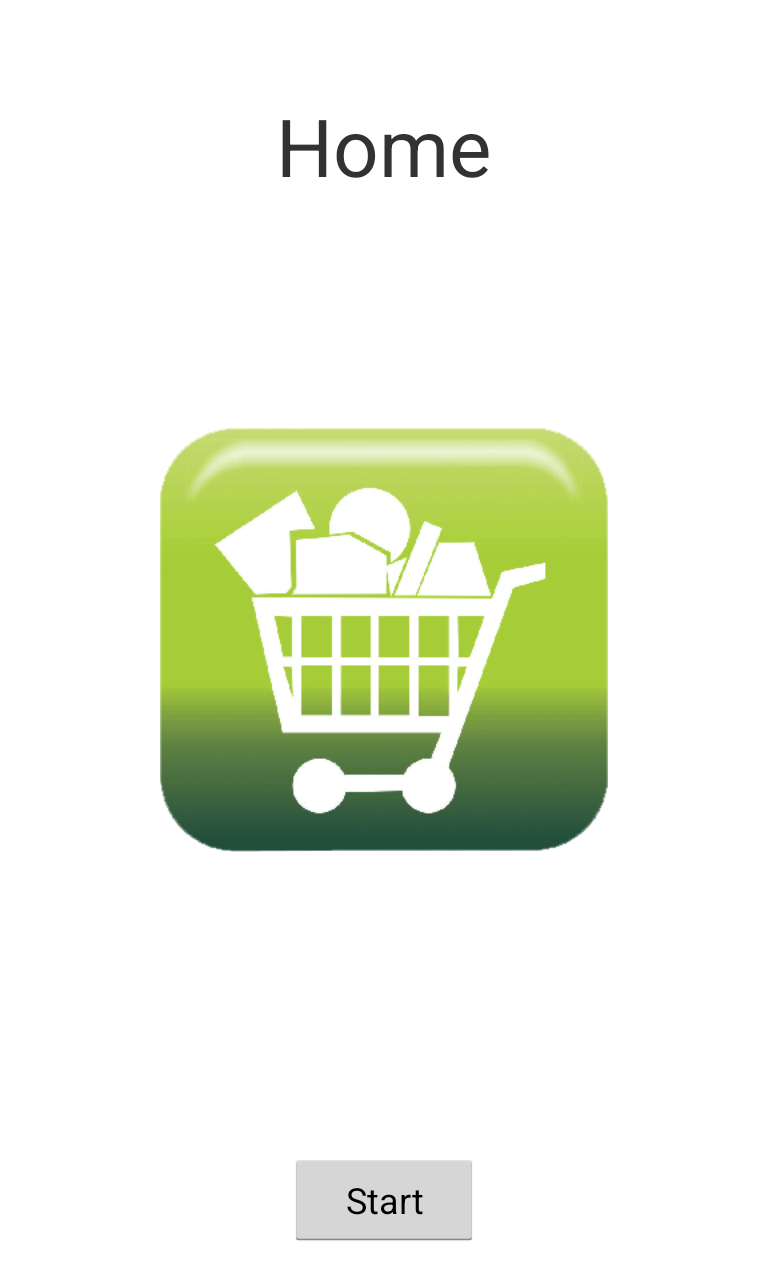
Repository: ailinm/Android
Layout: MyApp/res/layout/activity_main.xml
These files come from the project's save history. The layout is drawn as it stood at one moment and after the next save; the edit follows.
It is drawn on a 768 x 1280 px phone screen (xhdpi) without system bars, with theme AppTheme; the app's code is not run.

Above is the layout before, as saved 2014-07-02 07:34:30.

### MyApp/res/layout/activity_main.xml
<?xml version="1.0" encoding="utf-8"?>
<RelativeLayout xmlns:android="http://schemas.android.com/apk/res/android"
    xmlns:tools="http://schemas.android.com/tools"
    android:layout_width="match_parent"
    android:layout_height="match_parent"
    android:paddingBottom="@dimen/activity_vertical_margin"
    android:paddingLeft="@dimen/activity_horizontal_margin"
    android:paddingRight="@dimen/activity_horizontal_margin"
    android:paddingTop="@dimen/activity_vertical_margin"
    tools:context=".MainActivity" >

    <TextView
        android:layout_marginTop="30dip"
        android:layout_alignParentTop="true"
        android:textSize="40sp"
        android:layout_width="wrap_content"
        android:layout_height="wrap_content"
        android:text="Home"
        android:layout_centerHorizontal="true" />

    <ImageView
        android:layout_width="wrap_content"
        android:layout_height="wrap_content"
        android:layout_centerInParent="true"
        android:src="@drawable/magazin" />
    <Button
        android:layout_width="96dip"
        android:layout_height="wrap_content"
        android:layout_centerHorizontal="true"
        android:layout_alignParentBottom="true"
        android:text="Start" />

</RelativeLayout>

Loaded but not shown: MyApp/res/values/styles.xml (common file); MyApp/res/values-v11/styles.xml (common file); MyApp/res/values-v14/styles.xml (common file); MyApp/res/values/dimens.xml (common file)

After the next save:
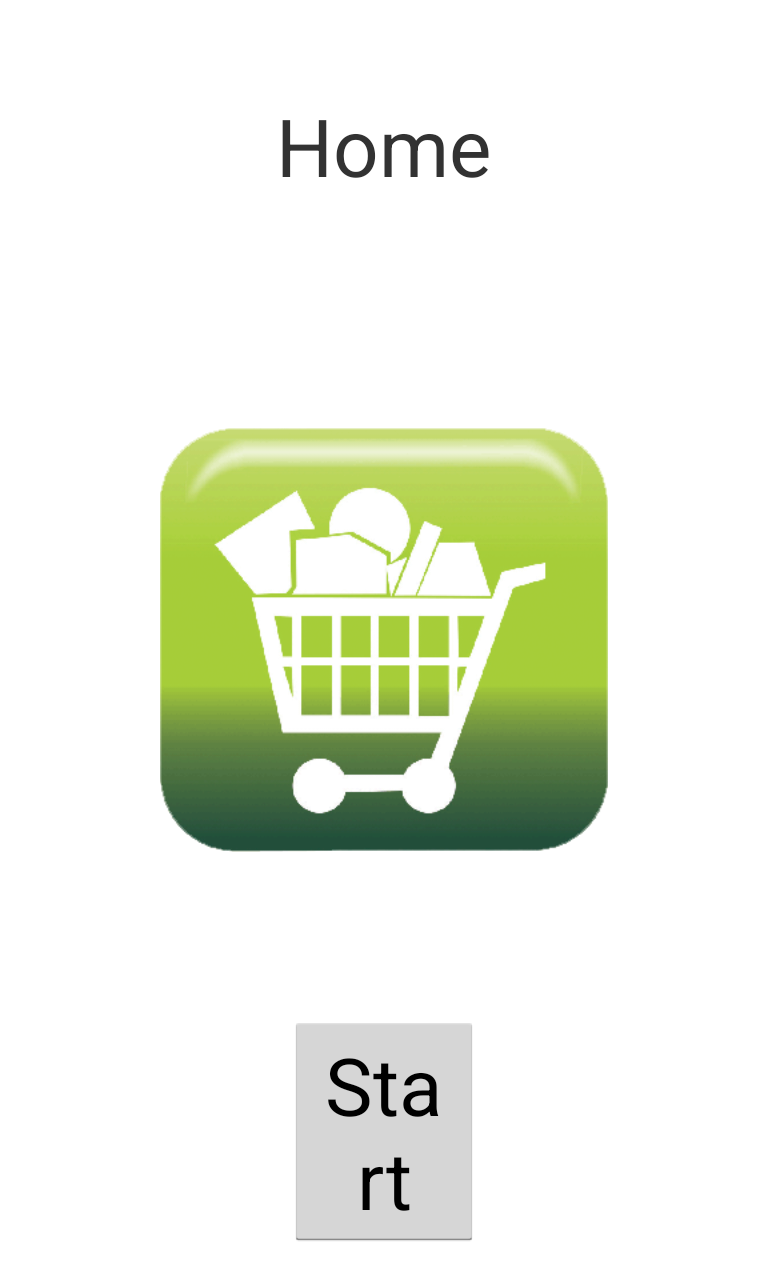
Saved 22 s later.
--- a/MyApp/res/layout/activity_main.xml
+++ b/MyApp/res/layout/activity_main.xml
@@ -28,6 +28,7 @@
         android:layout_height="wrap_content"
         android:layout_centerHorizontal="true"
         android:layout_alignParentBottom="true"
+         android:textSize="40sp"
         android:text="Start" />
 
 </RelativeLayout>
